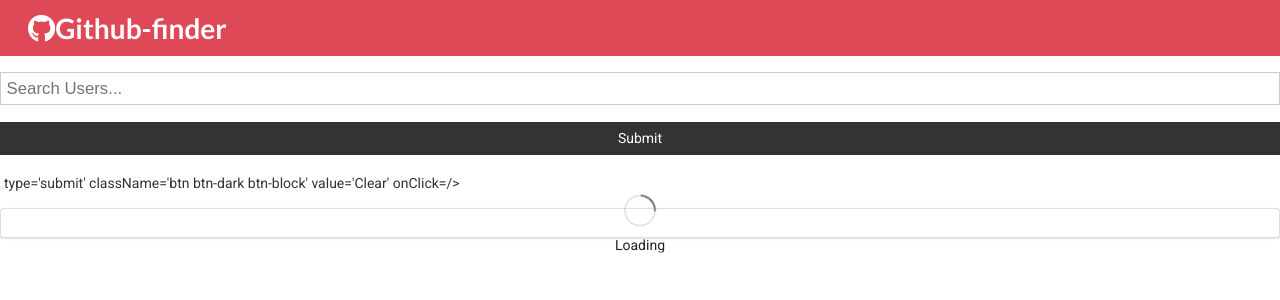
Repository: Tambarie/github-finder
Page: /
These files come from the project's save history. The page is drawn as it stood at one moment and after a run of saves; the edit follows.
The browser window is 1280 px wide. The pictures show the whole page.
The page's requests for data from a server got no answer. Some web libraries are served in a nearby version. The project was rebuilt for these pictures with package versions that can differ from the ones it lists, and the page was loaded fresh each time. No one was signed in, and anything a server would have sent is missing. Also part of the build but not shown: src/components/users/UserItem.js.

Above is the page before, as saved 2021-11-10 02:12:25.

After the next 2 saves:
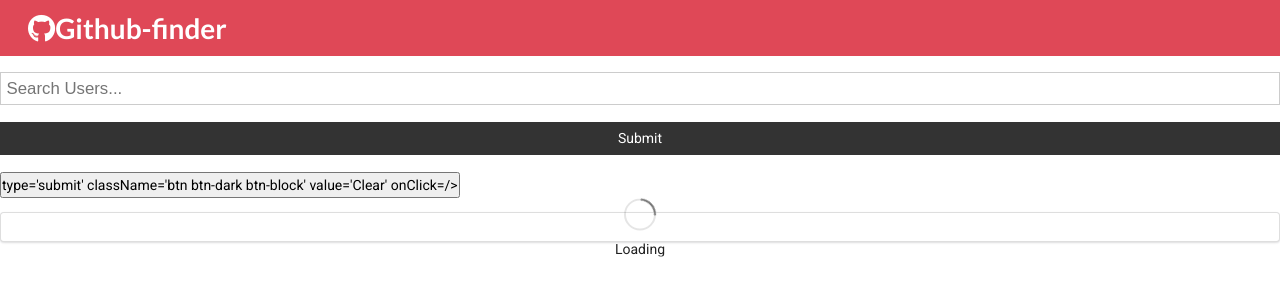
The 2 saves are shown as one change because they came seconds apart.
The last was saved 12 s later.
--- a/src/components/users/Search.js
+++ b/src/components/users/Search.js
@@ -23,13 +23,10 @@
       </form>
 
       <button>
-
+        type='submit' className='btn btn-dark btn-block' value='Clear' onClick=
+        {clearUsers}
+        />
       </button>
-        type='submit'
-        className='btn btn-dark btn-block'
-        value='Clear'
-        onClick={clearUsers}
-      />
     </div>
   )
 }
